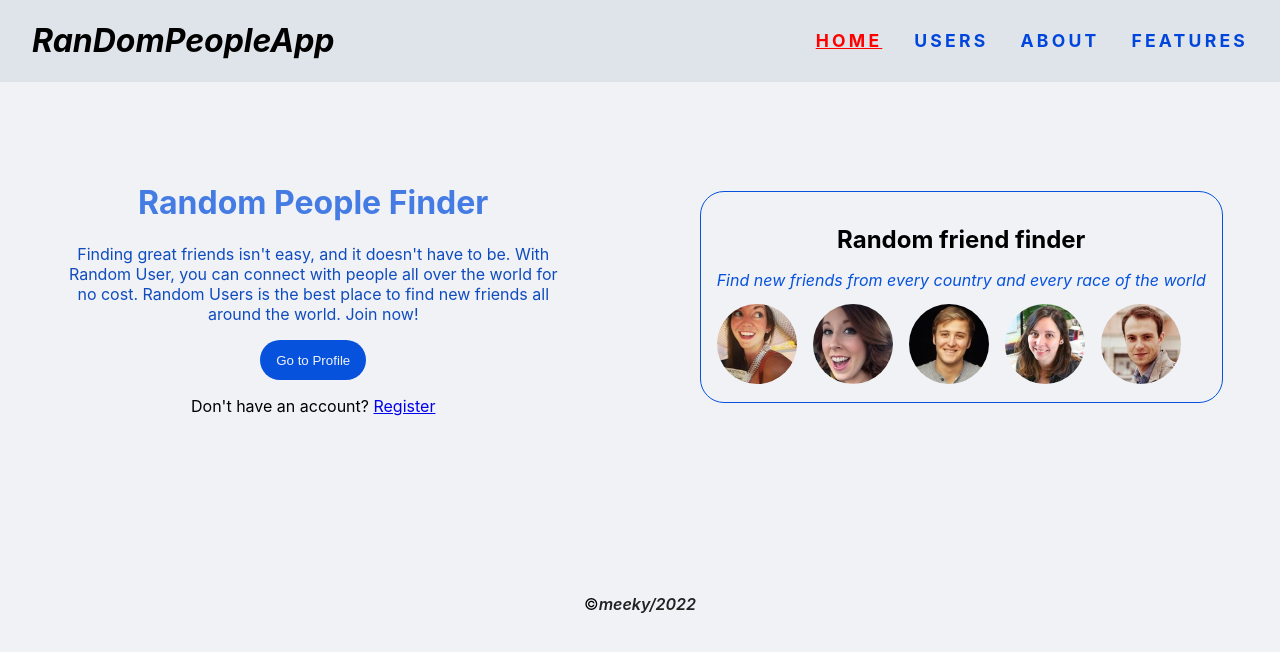
Repository: MikkyPrestige/RandomProfiles
Page: /
An editor plug-in stored every save of this project. The page is shown before and after the next save, followed by the edit.
The browser window is 1280 px wide. The pictures show the whole page.
The project was rebuilt for these pictures with package versions that can differ from the ones it lists, and the page was loaded fresh each time. Also part of the build but not shown: src/components/users.jsx, src/assets/styles/search.css, src/components/search.jsx, src/assets/styles/help.css, src/components/help.jsx, src/assets/styles/about.css, src/components/about.jsx, src/assets/styles/error.css and 9 more.

Above is the page before, as saved 2022-12-06 20:25:52.

### public/index.html
<!DOCTYPE html>
<html lang="en">

<head>
  <meta charset="utf-8" />
  <link rel="icon" href="%PUBLIC_URL%/favicon.ico" />
  <meta name="viewport" content="width=device-width, initial-scale=1" />
  <meta name="theme-color" content="#000000" />
  <meta name="description" content="Web site created using create-react-app" />
  <link rel="apple-touch-icon" href="%PUBLIC_URL%/logo192.png" />
  <!--
      manifest.json provides metadata used when your web app is installed on a
      user's mobile device or desktop. See https://developers.google.com/web/fundamentals/web-app-manifest/
    -->
  <link rel="manifest" href="%PUBLIC_URL%/manifest.json" />
  <!--
      Notice the use of %PUBLIC_URL% in the tags above.
      It will be replaced with the URL of the `public` folder during the build.
      Only files inside the `public` folder can be referenced from the HTML.

      Unlike "/favicon.ico" or "favicon.ico", "%PUBLIC_URL%/favicon.ico" will
      work correctly both with client-side routing and a non-root public URL.
      Learn how to configure a non-root public URL by running `npm run build`.
    -->
  <title>AltSchool Assignment 2</title>
</head>

<body>
  <noscript>You need to enable JavaScript to run this app.</noscript>
  <div id="root"></div>
  <!--
      This HTML file is a template.
      If you open it directly in the browser, you will see an empty page.

      You can add webfonts, meta tags, or analytics to this file.
      The build step will place the bundled scripts into the <body> tag.

      To begin the development, run `npm start` or `yarn start`.
      To create a production bundle, use `npm run build` or `yarn build`.
    -->
</body>

</html>

### src/index.css
body {
  margin: 0;
  font-family: -apple-system, BlinkMacSystemFont, 'Segoe UI', 'Roboto', 'Oxygen',
    'Ubuntu', 'Cantarell', 'Fira Sans', 'Droid Sans', 'Helvetica Neue',
    sans-serif;
  -webkit-font-smoothing: antialiased;
  -moz-osx-font-smoothing: grayscale;
  background-color: #f1f2f6;
}

code {
  font-family: source-code-pro, Menlo, Monaco, Consolas, 'Courier New',
    monospace;
}

### src/App.jsx
import * as React from "react";
import { ErrorBoundary } from "react-error-boundary";
import { Route, Routes } from "react-router-dom";
import {
  Layout,
  Home,
  Users,
  Search,
  Help,
  About,
  Error,
  ErrorFallBack,
  Profile,
  ProfileDisplay,
  Register,
  UpdatePassword,
  Footer,
} from "./components";

const App = () => {
  return (
    <div className="App">
      <main>
        <ErrorBoundary FallbackComponent={ErrorFallBack}>
          <Layout />
          <Routes>
            <Route path="/" element={<Home />} />
            <Route path="users">
              <Route index element={<Users />} />
              <Route path=":id" element={<Search />} />
            </Route>
            <Route path="profile" element={<Profile />} />
            <Route path="profileDisplay" element={<ProfileDisplay />} />
            <Route path="register" element={<Register />} />
            <Route path="update" element={<UpdatePassword />} />
            <Route path="help" element={<Help />} />
            <Route path="about" element={<About />} />
            <Route path="*" element={<Error />} />
          </Routes>
        </ErrorBoundary>
        <Footer />
      </main>
    </div>
  );
};

export default App;

### src/components/index.js
export {  Layout, Back } from "./layout";
export { default as Home } from "./home";
export { default as Users } from "./users";
export { default as Search } from "./search";
export { default as Help } from "./help";
export { default as About } from "./about";
export { default as Error } from "./error";
export { default as ErrorFallBack } from "./errorFallback";
export { default as Profile } from "./profile";
export { default as ProfileDisplay } from "./profileDisplay";
export { default as Register } from "./register";
export { default as UpdatePassword } from "./update";
export { Footer } from "./avatar";

### src/components/layout.jsx
// LAYOUT COMPONENT - This component is for the App Layout that displays the Navigation bar in the app UI to the user when app is open

import { useState } from "react";
import { NavLink } from "react-router-dom";
import "../assets/styles/layout.css";
import { MdClose } from "react-icons/md";
import { FiMenu } from "react-icons/fi";

const CustomNavLink = ({ to, ...props }) => {
  let activeStyle = {
    textDecoration: "underline",
    color: "red",
  };

  return (
    <NavLink
      style={({ isActive }) =>
        isActive ? activeStyle : { textDecoration: "none" }
      }
      to={to}
      end
      {...props}
    />
  );
};

const LayoutSmall = () => {
  const [nav, setNav] = useState(false);

  const toggleNav = () => {
    setNav(!nav);
  };

  const closeNav = () => {
    setNav(false);
  };

  return (
    <div className="layout small">
      <header className="layout__header">
        <div className="layout__header--text">
          <h1 className="layout__header--title">RanDomPeopleApp</h1>
        </div>
        <nav className="layout__nav">
          <button onClick={toggleNav} className="layout--btn">
            {nav ? (
              <MdClose className="layout__btn--icon" />
            ) : (
              <FiMenu className="layout__btn--icon" />
            )}
          </button>
          <div className={`menuNav ${nav ? " showMenu" : ""}`}>
            <CustomNavLink
              to="/"
              end
              className="nav__item"
              onClick={() => closeNav()}
            >
              Home
            </CustomNavLink>
            <CustomNavLink
              to="profile"
              className="nav__item"
              onClick={() => closeNav()}
            >
              Users
            </CustomNavLink>
            <CustomNavLink
              to="about"
              className="nav__item"
              onClick={() => closeNav()}
            >
              About
            </CustomNavLink>
            <CustomNavLink
              to="help"
              className="nav__item"
              onClick={() => closeNav()}
            >
              Features
            </CustomNavLink>
          </div>
        </nav>
      </header>
    </div>
  );
};

const LayoutLarge = () => {
  return (
    <div className="layout large">
      <header className="layout__header">
        <div className="layout__header--text">
          <h1 className="layout__header--title">RanDomPeopleApp</h1>
        </div>
        <nav className="layout__nav">
          <div className="nav__items--large">
            <CustomNavLink to="/" className="nav__item--large">
              Home
            </CustomNavLink>
            <CustomNavLink to="profile" className="nav__item--large">
              Users
            </CustomNavLink>
            <CustomNavLink to="about" className="nav__item--large">
              About
            </CustomNavLink>
            <CustomNavLink to="help" className="nav__item--large">
              Features
            </CustomNavLink>
          </div>
        </nav>
      </header>
    </div>
  );
};

const Layout = () => {
  return (
    <div>
      <LayoutSmall />
      <LayoutLarge />
    </div>
  );
};

//  Navigate back home button
const Back = () => {
  const [isHover, setIsHover] = useState(false);

  const handleMouseEnter = () => {
    setIsHover(true);
  };

  const handleMouseLeave = () => {
    setIsHover(false);
  };

  const style = {
    border: "none",
    borderRadius: ".5rem",
    padding: " .5rem",
    fontSize: "1rem",
    fontWeight: "600",
    cursor: "pointer",
    backgroundColor: isHover ? "lightblue" : "rgb(0, 191, 255)",
    color: isHover ? "#f00" : "green",
  };

  return (
    <NavLink to="/" className="back__button">
      <button
        style={style}
        onMouseEnter={handleMouseEnter}
        onMouseLeave={handleMouseLeave}
      >
        Back ←{" "}
      </button>
    </NavLink>
  );
};

export { Layout, Back };

### src/components/home.jsx
// HOME COMPONENT - This component is the Home section of the app that displays app Home page on load and when the 'HOME' button in the header is clicked

import { Link, useNavigate } from "react-router-dom";
import "../assets/styles/home.css";
import { Avatar } from "./avatar";
import FirstFemale from "../assets/img/female-1.jpg";
import SecondFemale from "../assets/img/female-2.jpg";
import ThirdFemale from "../assets/img/female-3.jpg";
import FirstMale from "../assets/img/male-1.jpg";
import SecondMale from "../assets/img/male-2.jpg";

const Home = () => {
  const navigate = useNavigate();
  const getStarted = () => {
    navigate("/profileDisplay"); // Redirect the user to the users component when the get started button is clicked
  };

  return (
    <div className="home">
      <div className="home__container">
        <div className="desc">
          <h1 className="desc__heading">Random people finder</h1>
          <p className="desc__paragraph">
            Finding great friends isn't easy, and it doesn't have to be. With
            Random User, you can connect with people all over the world for no
            cost. Random Users is the best place to find new friends all around
            the world. Join now!
          </p>
          <button onClick={getStarted} className="desc__cta">
            Go to Profile
          </button>
          <p className="register__text">
            Don't have an account?{" "}
            <Link to="/register" className="register__link">
              Register
            </Link>
          </p>
        </div>
        <div className="home__wrapper">
          <h2 className="home__heading">Random friend finder</h2>
          <p className="home__text">
            Find new friends from every country and every race of the world
          </p>
          <div className="home__img">
            <Avatar
              image={FirstFemale}
              alt="Female One"
              style={{ width: "5rem", height: "5rem", borderRadius: "50%" }}
            />
            <Avatar
              image={SecondFemale}
              alt="Female Two"
              style={{ width: "5rem", height: "5rem", borderRadius: "50%" }}
            />
            <Avatar
              image={FirstMale}
              alt="Male One"
              style={{ width: "5rem", height: "5rem", borderRadius: "50%" }}
            />
            <Avatar
              image={ThirdFemale}
              alt="Female Three"
              style={{ width: "5rem", height: "5rem", borderRadius: "50%" }}
            />
            <Avatar
              image={SecondMale}
              alt="Male Two"
              style={{ width: "5rem", height: "5rem", borderRadius: "50%" }}
            />
          </div>
        </div>
      </div>
    </div>
  );
};

export default Home;

### src/components/avatar.jsx
// AVATAR COMPONENT - This component is for the Images used in the app.

import "../assets/styles/layout.css";

export const Avatar = ({ image = "", alt = "", style = {} }) => {
  return (
    <div className="avatar">
      <img src={image} alt={alt} style={style} />
    </div>
  );
};

// FOOTER COMPONENT - for the attribution

export const Footer = () => {
  return (
    <div className="attribution">
      <footer>
        &copy;
        <a
          href="https://github.com/MeekyBerry"
          target="_blank"
          rel="noreferrer"
          className="footer"
        >
          meeky/2022
        </a>
      </footer>
    </div>
  );
};

### src/assets/styles/layout.css
.layout {
  background-color: #dfe4ea;
  width: 100%;
}

.layout__nav {
  display: flex;
  align-items: center;
  justify-content: space-between;
  position: relative;
  padding-right: 2rem;
}

.layout__header {
  display: flex;
  justify-content: space-between;
  align-items: center;
}

.layout__header--title {
  font-style: oblique;
  padding-left: 2rem;
}

.layout--btn {
  position: fixed;
  top: 1.5rem;
  right: 1.5rem;
  z-index: 10;
  background-color: #f1f2f5;
  border: none;
  font-size: 1.5rem;
  cursor: pointer;
}

.menuNav {
  position: fixed;
  top: 6rem;
  right: 0;
  width: 0;
  max-width: 10rem;
  height: 100%;
  background-color: #f1f2f5;
  z-index: 5;
  overflow: hidden;
}

.menuNav.showMenu {
  width: 100%;
  transition: all 2s ease-in;
  -webkit-transition: all 2s ease-in;
  -moz-transition: all 2s ease-in;
  -ms-transition: all 2s ease-in;
  -o-transition: all 2s ease-in;
}

.nav__items {
  display: flex;
  align-items: center;
  list-style: none;
  /* flex-wrap: wrap; */
}

.nav__item {
  font-size: 1.2rem;
  padding: 1rem;
  text-transform: uppercase;
  display: block;
  text-align: center;
  text-transform: uppercase;
  color: #0046dc;
}

.nav__item:hover {
  color: #7dd5c6;
}

.nav__items--large {
  display: flex;
  gap: 2rem;
}

.nav__item--large {
  text-transform: uppercase;
  font-size: 1.1rem;
  font-weight: 700;
  letter-spacing: .2rem;
  color: #0046dc;
}

.attribution {
  text-align: center;
}

.footer {
  color: #222;
  text-decoration: none;
  cursor: pointer;
  font-style: italic;
  font-weight: 600;
}

/* MEDIA QUERY TO HIDE THE NAVIGATION BAR HAMBURGER ON LARGE SCREENS */

@media screen and (min-width: 768px) {
  .small {
    display: none;
  }

  .large {
    display: block;
  }
}

@media screen and (max-width: 768px) {
  .small {
    display: block;
  }

  .large {
    display: none;
  }
}

@media screen and (max-width: 900px) {
  .nav__item--large {
    font-size: 1rem;
    margin-right: -.5rem;
  }

}

### src/assets/styles/home.css
.home {
  height: 60vh;
  width: 100%;
  margin-top: 5rem;
  text-align: center;
}

.home__container {
  display: flex;
  justify-content: space-around;
  align-items: center;
  gap: 1rem;
}

.desc {
  width: 40%;
}

.desc__heading {
  font-size: 2rem;
  color: #0651ddbb;
  text-transform: capitalize;
}

.desc__paragraph {
  font-size: 1rem;
  color: #0f4cbe;
}

.desc__cta {
  background-color: #0652dd;
  color: #f1f2f6;
  padding: 0.8rem 1rem;
  border: none;
  border-radius: 1.5rem;
}

.desc__cta:hover {
  background-color: #0f4cbe;
}

.home__wrapper {
  border: 1px solid #0652dd;
  border-radius: 1.5rem;
  line-height: 1;
  padding: 1rem;
  height: min-content;
}

.home__text {
  font-style: italic;
  color: #0652dd;
}

.home__img {
  display: flex;
  align-items: center;
  gap: 1rem;
}

### src/assets/styles/users.css
.users {
  background-color: #fff;
  border: 1px solid #ccc;
  border-radius: 0.5rem;
  padding: 1rem;
  margin: 1rem;
}

.users__container {
  display: flex;
  flex-direction: column;
  justify-content: center;
  align-items: center;
}

.users__heading {
  text-align: center;
  text-transform: uppercase;
  font-size: 1.5rem;
  font-weight: bold;
  margin-bottom: 1rem;
}

.users__list {
  list-style: none;
  padding: 2rem;
  margin: 1rem auto;
  width: 85%;
  display: grid;
  grid-template-columns: repeat(3, minmax(200px, 1fr));
  grid-gap: 3rem;
}

.user__items {
  border-bottom: 1px solid #ccc;
}

.user__item {
  background-color: #fff;
  border: 1px solid #ccc;
  border-radius: 0.5rem;
  padding: 1rem;
}

.user__img {
  width: 80%;
  border-radius: 10%;
  margin-left: 1rem;
}

/* BUTTON BELOW */
.btn__container {
  display: flex;
  justify-content: center;
  align-items: center;
}

.active:hover {
  background-color: #ced6e0;
  color: #1e90ff;
}

.active:active {
  background-color: #70a1ff;
  color: #ced6e0;
}

.btn__array {
  padding: 0.5rem;
  margin: 0.5rem;
  font-size: 1rem;
  border-radius: 0.5rem;
  border: none;
  cursor: pointer;
}

.search__box {
  display: flex;
  justify-content: center;
  align-items: center;
}

.search__link {
  background-color: #fff;
  border: 1px solid #ccc;
  color: #1e90ff;
  border-radius: 1rem;
  width: 18rem;
  padding: 0.5rem;
  margin: 1rem;
  font-size: 1rem;
  font-weight: bold;
  cursor: pointer;
  text-align: center;
  text-decoration: none;
  animation: search 1s ease-in-out infinite;
}

.search__link:hover {
  background-color: #1e90ff;
  color: #fff;
  animation: none;
}

.search__link:active {
  background-color: #70a1ff;
  color: #fff;
  animation: none;
}

@keyframes search {
  0% {
    transform: scale(1);
  }

  50% {
    transform: scale(1.2);
  }

  100% {
    transform: scale(1);
  }
}

Loaded but not shown: src/index.js (common file)

After the next save:
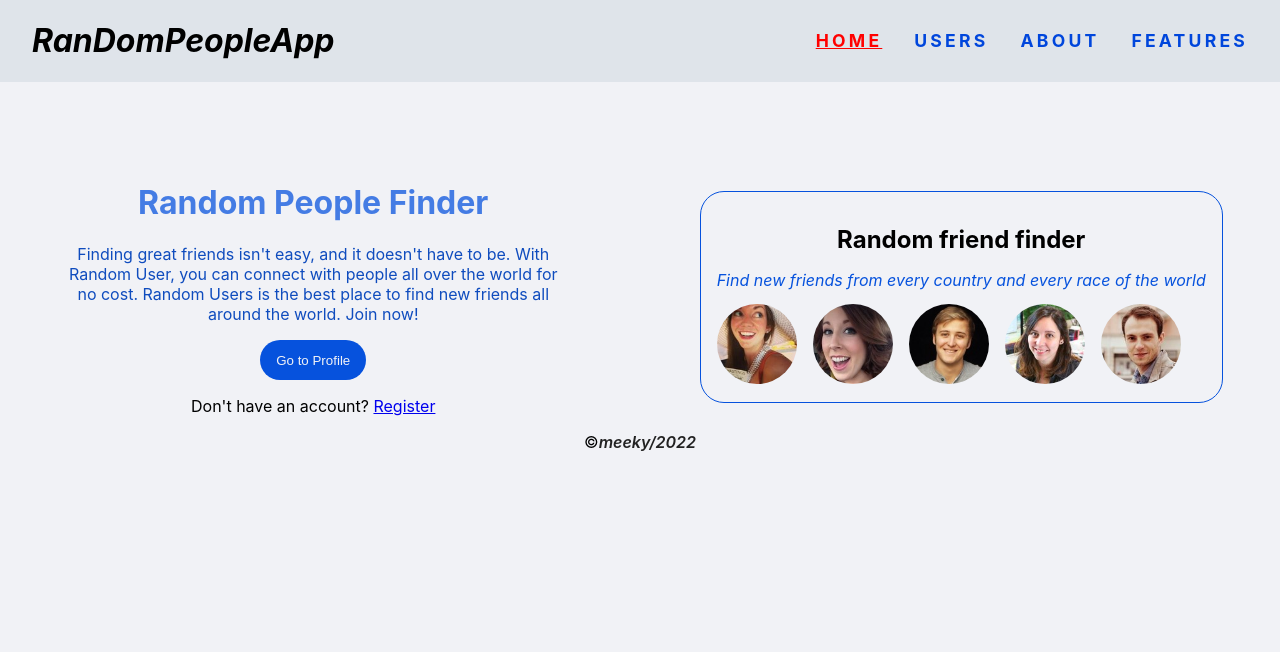
Saved 99 s later.
--- a/src/assets/styles/home.css
+++ b/src/assets/styles/home.css
@@ -1,5 +1,5 @@
 .home {
-  height: 60vh;
+  /* height: 60vh; */
   width: 100%;
   margin-top: 5rem;
   text-align: center;
